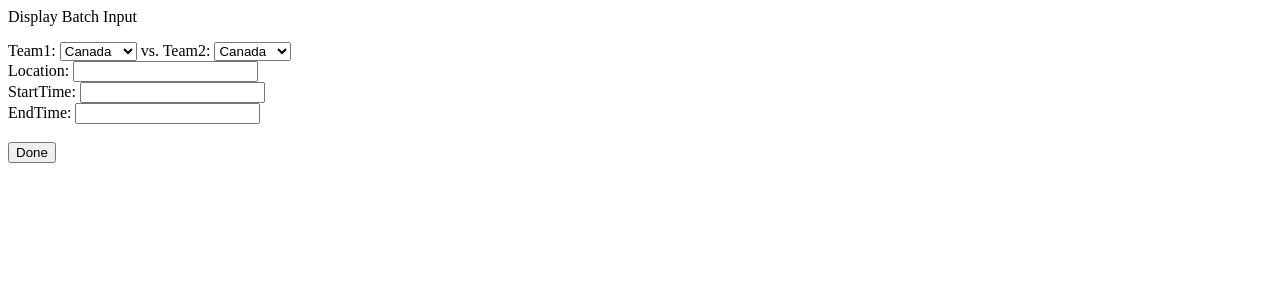
Repository: FredGlozman/SwiftScore
Page: SwiftScore/Batch.html
An editor plug-in stored every save of this project. The page is shown before and after the next save, followed by the edit.
The browser window is 1280 px wide. The pictures show the whole page.

Above is the page before, as saved 2015-12-03 03:38:10.

After the next save:
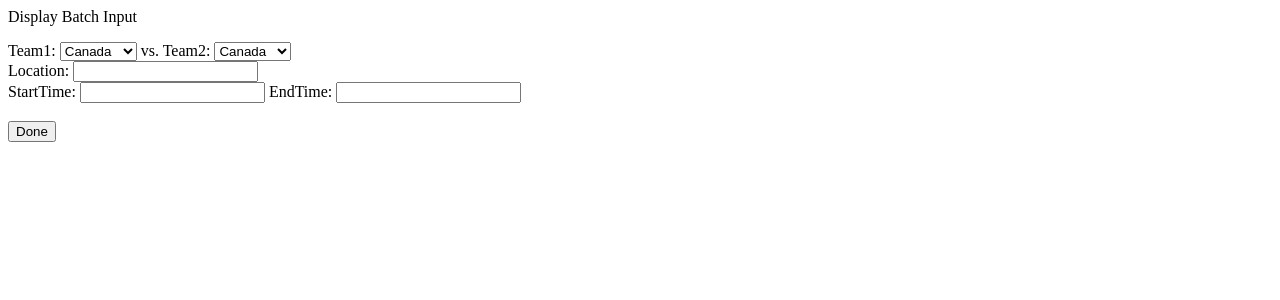
Saved 9 s later.
--- a/SwiftScore/Batch.html
+++ b/SwiftScore/Batch.html
@@ -22,9 +22,8 @@ Team2:
 <br>
 Location: <input type="text" name="location">
 <br>
-StartTime: <input type="text" name="startTime">
-<br>
-EndTime: <input type="text" name="startTime">
+StartTime: <input type="text" name="startTime"> EndTime: <input type="text" name="startTime">
+
 <br><br>
 <input type= "submit" value= "Done">
 </body>
